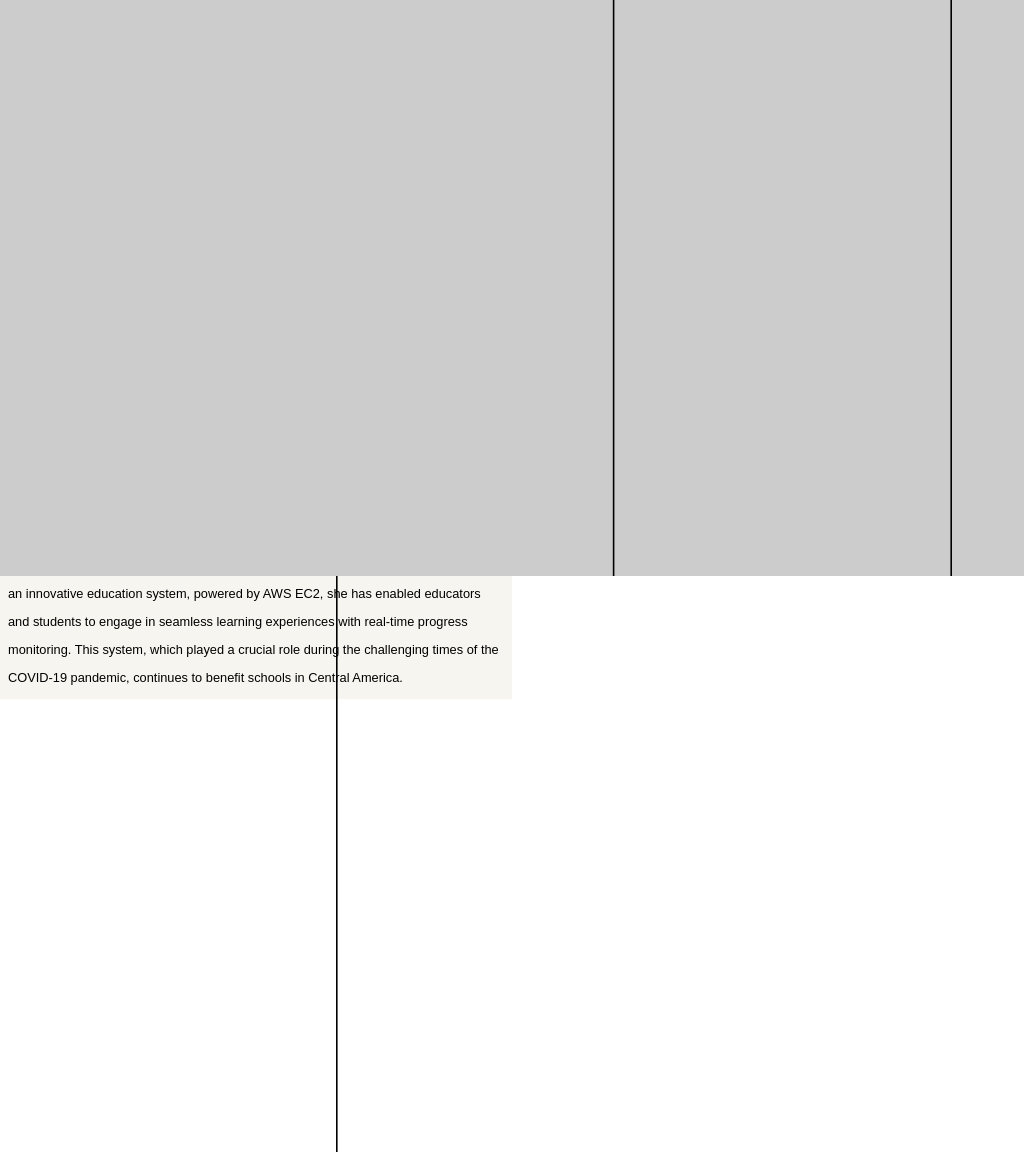
Repository: tessa5/developerPortfolio
Page: public/bio.html
These files come from the project's save history. The page is drawn as it stood at one moment and after a run of saves; the edit follows.
The browser window is 1280 px wide. The pictures show the whole page, at 80% of full size.
The pointer rests on the first visible `ul`.

Above is the page before, as saved 2023-08-08 14:33:18.

### public/bio.html
<!DOCTYPE html>
<html lang="en">
<head>
    <meta charset="UTF-8">
    <meta name="viewport" content="width=device-width, initial-scale=1.0">
    <title>Document</title>
    <link rel="stylesheet" href="assets/styles/bio.css">
</head>
<body>
    <section>
        <ul>
            <li></li>
            <li></li>
            <li></li>
        </ul>

    </section>
    <h3>Bio</h3>
    <p class="bio">
        Ms. Teresia Kamau is a professional, currently working as the Senior Manager and Team Leader at Gyeonggi Business and Science Accelerator Africa branch. With a passion for technology, she has set her sights on transitioning fully into the tech industry as an AWS Ops leader within the next 1.5 years. <br/>Determined to stay ahead in this competitive field, she has set a challenging target of passing the AWS certificate exam within the next 7 months.
In 3 years, she plans to launch a mentorship program specifically catering to women looking to venture into the realms of AR and AI. With her vision, she aims to create a supportive and inclusive environment for aspiring female technologists, driving innovation and progress in the industry.
<br/>Teresia has an impressive track record of achievements, exemplifying her capability as a leader and a visionary. In just two years, she has ascended to the role of Senior Manager and Team Leader, showcasing her exceptional leadership skills and strategic acumen. <br/>Moreover, Teresia's abilities in forging international partnerships and driving business growth enabled her to facilitate contracts worth a staggering $600,000 between Korean companies and entities in East Africa.
Beyond her corporate achievements, Teresia has made a significant impact in the field of education. Collaborating in the development of an innovative education system, powered by AWS EC2, she has enabled educators and students to engage in seamless learning experiences with real-time progress monitoring. This system, which played a crucial role during the challenging times of the COVID-19 pandemic, continues to benefit schools in Central America.

    </p>
</body>
</html>

### public/assets/styles/bio.css
body {
    margin: 0;
    padding:0;
    font-family: sans-serif;
}
ul {
    position: absolute;
    top: 0;
    left: 0;
    width: 100%;
    height:100vh;
    background: #ccc;
    margin:0;
    padding:0;
}
ul li {
    list-style:none;
    position:relative;
    width:33%;
    height:100%;
    border-right: 2px solid #000;
    float: left;
    box-sizing:border-box;
    transition: 0.5s;
    text-align: center;
}

ul li:hover {
    width:60%
}

p {

    width:50%;
    float: left;
    height:100%;
    line-height:35px;
    background:#f6f5ef;
    padding:10px;
    margin-top:5px;
    box-sizing: border-box;
    word-break: keep-all;
    padding-top:30px;
}

After the next 4 saves:
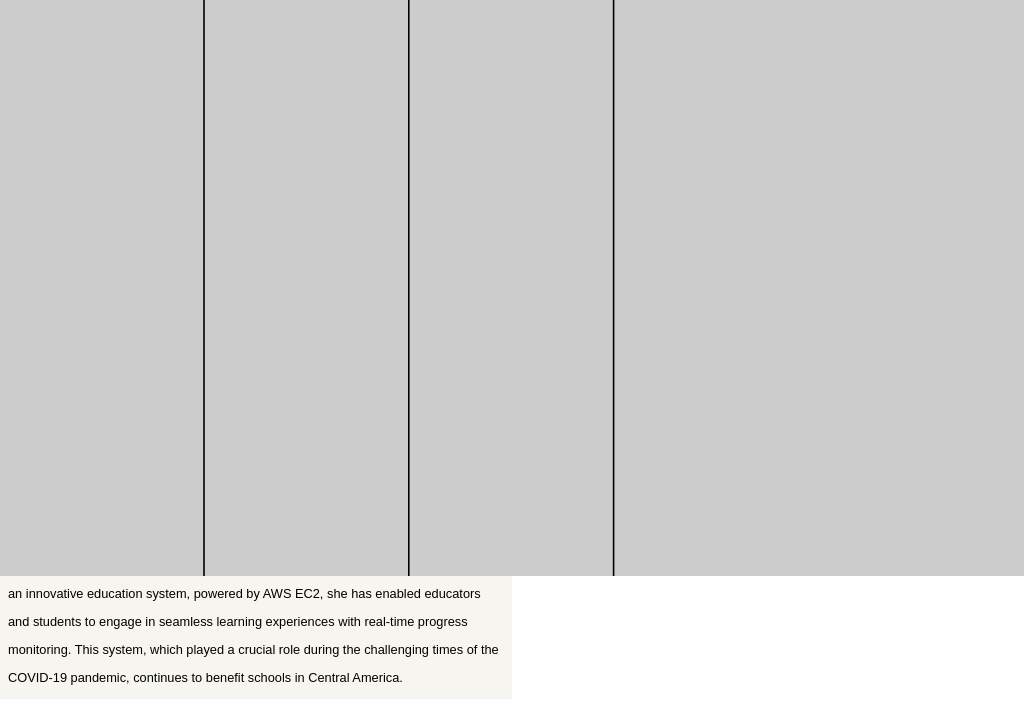
The 4 saves are shown as one change because they came seconds apart.
The last was saved 12 s later.
--- a/public/assets/styles/bio.css
+++ b/public/assets/styles/bio.css
@@ -29,6 +29,9 @@ ul li:hover {
     width:60%
 }
 
+ul:hover li {
+    width: 20%
+}
 p {
 
     width:50%;
